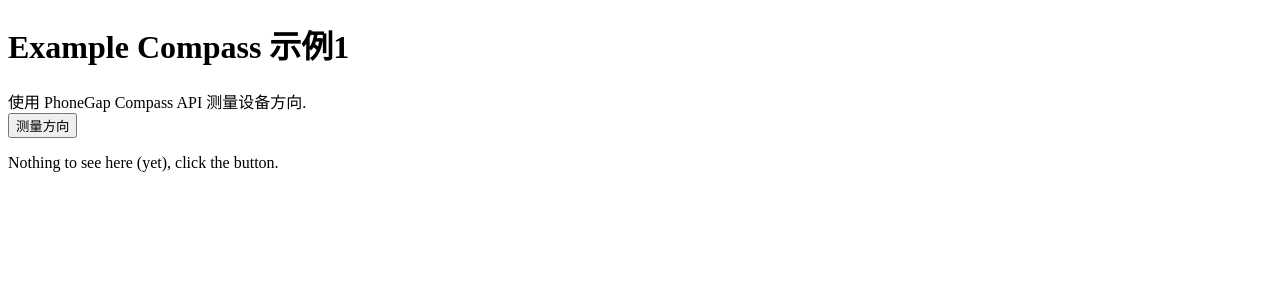
Repository: HILOLT/phonegap-demo
Page: Android/workspace/Compass/assets/www/index.html
An editor plug-in stored every save of this project. The page is shown before and after the next save, followed by the edit.
The browser window is 1280 px wide. The pictures show the whole page.

Above is the page before, as saved 2012-08-22 03:22:59.

### Android/workspace/Compass/assets/www/index.html
<!DOCTYPE html>
<html>
  <head>
    <title>Example Compass</title>
    <meta http-equiv="Content-type" content="text/html; charset=utf-8">
    <meta name="viewport" id="viewport" content="width=device-width, height=device-height, initial-scale=1.0, maximum-scale=1.0, user-scalable=no;" />
    <script type="text/javascript" charset="utf-8" src="cordova-2.0.0.js"></script>
    <script type="text/javascript" charset="utf-8">
      //Heading content
      var hc
      //PhoneGap Ready variable
      var pgr = false;
      //Has compass, assume true
      var hasCompass = true;

      function onBodyLoad() {
        //alert("onBodyLoad");
        document.addEventListener("deviceready", onDeviceReady, false);
      }

      function onDeviceReady() {
        //alert("onDeviceReady");
        //Get a handle we'll use to adjust the heading
        //content
        hc = document.getElementById('headingInfo');
        //Set the variable that lets other parts of the program
        //know that PhoneGap is initialized
        pgr = true;
      }

      function getHeading() {
        //alert("getHeading");
        if(pgr == true) {
          if(hasCompass == true) {
            //Clear the current heading content,
            //just in case it takes some time to get the reading
            hc.innerHTML = "Getting heading information from compass.";
            //get the current heading
            navigator.compass.getCurrentHeading(onHeadingSuccess, onHeadingError);
          } else {
            alert("No compass, please stop clicking the button.");
          }
        } else {
          alert("Please wait. PhoneGap is not ready.");
        }
      }

      function onHeadingSuccess(heading) {
        //alert("onHeadingSuccess");
        //We received something from the API, so...
        //first get the timestamp in a date object
        //so we can work with it
        var d = new Date(heading.timestamp);
        //Then replace the page's content with the
        //current acceleration retrieved from the API
        hc.innerHTML = "<b>Magnetic Heading:</b> " + heading.magneticHeading + "<br /><b>True Heading:</b> " + heading.trueHeading + "<br /><b>Heading Accuracy:</b> " + heading.headingAccuracy + "<br /><b>Timestamp:</b> " + d.toLocaleString();
      }

      function onHeadingError(compassError) {
        //alert("onHeadingFailure");
        if(compassError.code == CompassError.COMPASS_NOT_SUPPORTED) {
          hc.innerHTML = "Compass not available."
          alert("Compass not supported.");
          hasCompass == false;
        } else
        if(compassError.code == CompassError.COMPASS_INTERNAL_ERR) {
          alert("Compass Internal Error");
        } else {
          alert("Unknown heading error!");
        }
      }
    </script>
  </head>
  <body onload="onBodyLoad()">
    <h1>Example Compass 示例1</h1>
    <p>
      使用 PhoneGap Compass API 测量设备方向.
      <br />
      <input type="button" value="测量方向" onclick="getHeading();">
    </p>
    <p id="headingInfo">
      Nothing to see here (yet), click the button.
    </p>
  </body>
</html>

Loaded but not shown: Android/workspace/Compass/assets/www/cordova-2.0.0.js (no copy from this time; the picture is the same without it)

After the next save:
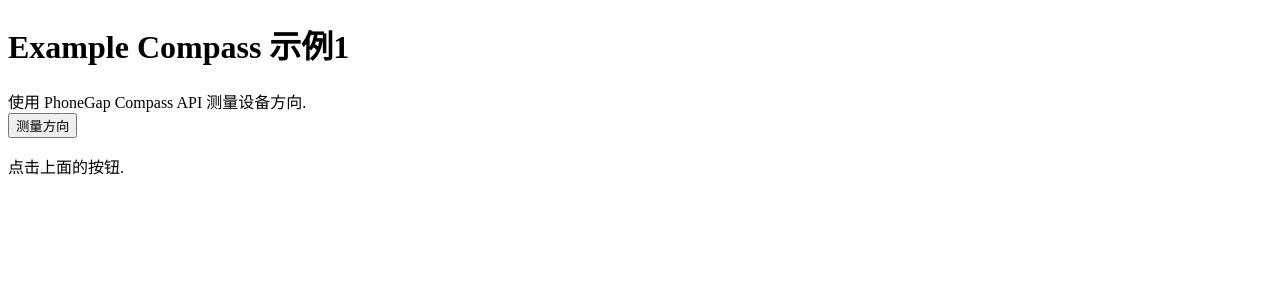
Saved 21 s later.
--- a/Android/workspace/Compass/assets/www/index.html
+++ b/Android/workspace/Compass/assets/www/index.html
@@ -79,7 +79,7 @@
       <input type="button" value="测量方向" onclick="getHeading();">
     </p>
     <p id="headingInfo">
-      Nothing to see here (yet), click the button.
+      点击上面的按钮.
     </p>
   </body>
 </html>
